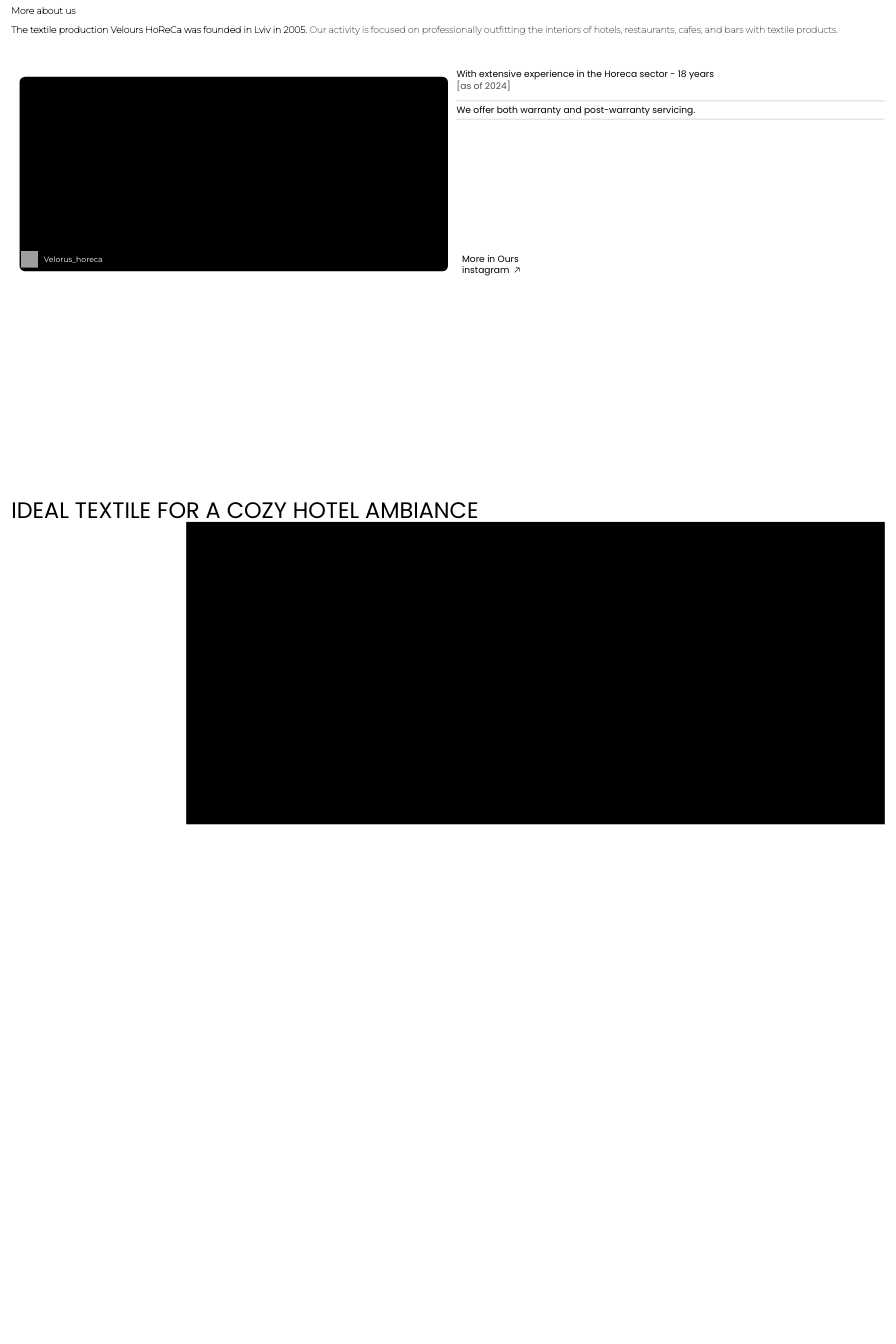
Repository: nikhilsinghrathore1/Shery_02
Page: /
An editor plug-in stored every save of this project. The page is shown before and after the next save, followed by the edit.
The browser window is 1280 px wide. The pictures show the part of the page from y = 3082 to 5002 px (the page is 5544 px tall), at 70% of full size.
Pictures or frames that could not be fetched are drawn as grey boxes. The project was rebuilt for these pictures with package versions that can differ from the ones it lists, and the page was loaded fresh each time. Also part of the build but not shown: vite.config.js.

Above is the page before, as saved 2024-07-18 03:09:29.

After the next save:
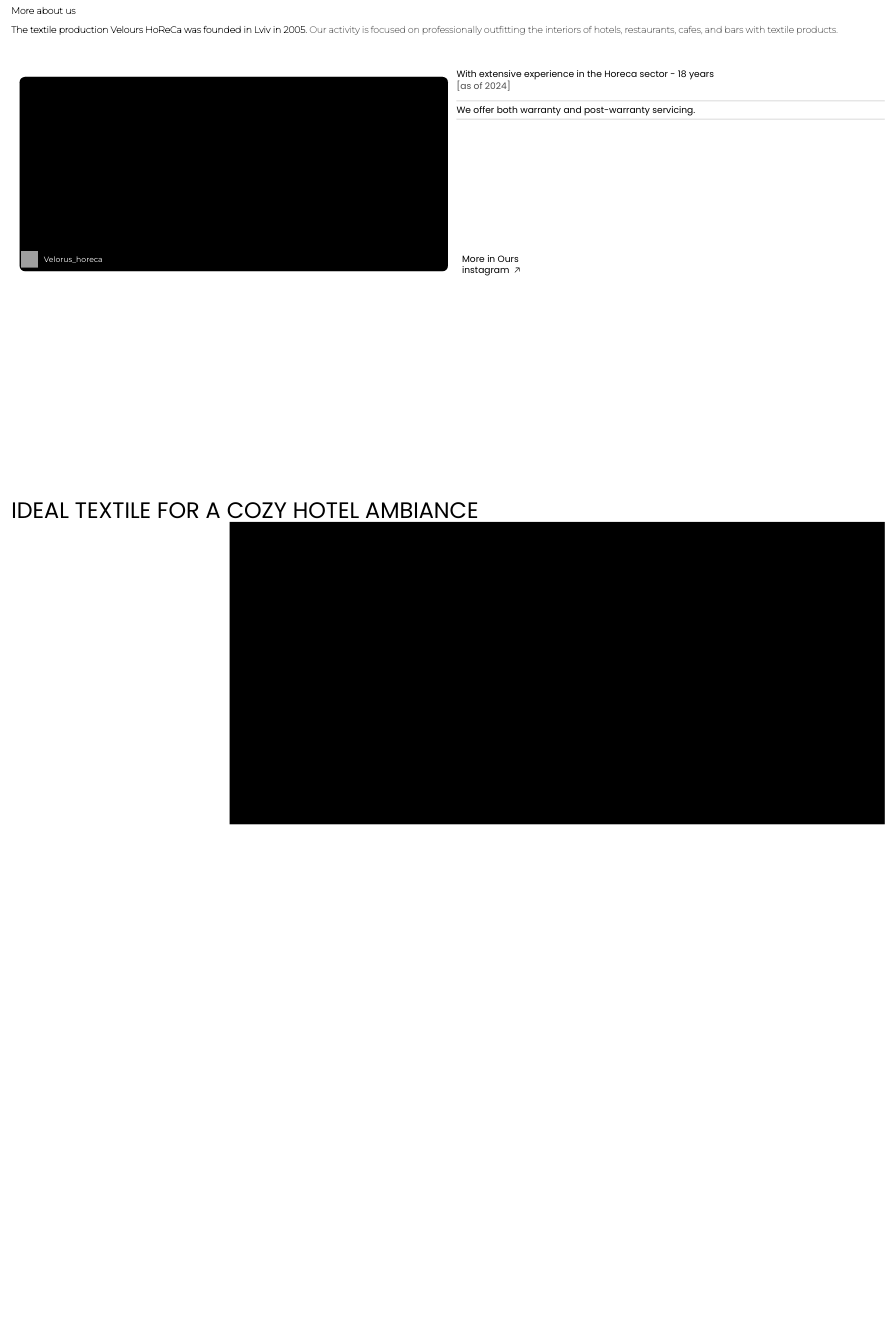
Saved 10 s later.
--- a/src/pages/Landing.jsx
+++ b/src/pages/Landing.jsx
@@ -59,8 +59,8 @@ const Landing = () => {
                                              <p className='w-[78%]'>ideal textile for a cozy hotel ambiance</p>
 
                                              <div className='w-full flex h-[60vh]'>
-                                                            <div className='w-[20%] h-full'></div>
-                                                            <div className='w-[80%] h-full bg-black'></div>
+                                                            <div className='w-[25%] h-full'></div>
+                                                            <div className='w-[75%] h-full bg-black'></div>
                                              </div>
                               </div>
                </div>
